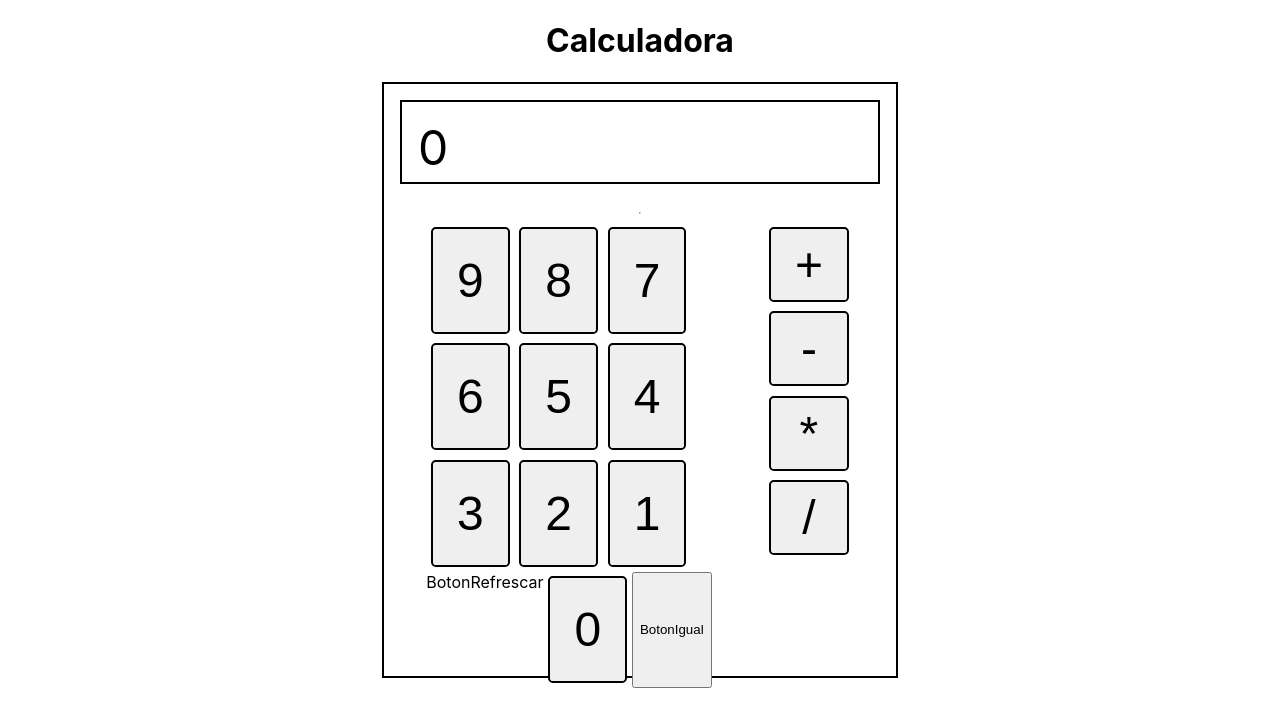
Repository: yamaka/curso-react-febrero-2022
Page: /
The author's editor kept a copy of each file at every save. The page is drawn from the files as they stood at one save, then again after a run of saves.
The browser window is 1280 px wide. The pictures show the whole page.
The project was rebuilt for these pictures with package versions that can differ from the ones it lists, and the page was loaded fresh each time. Also part of the build but not shown: src/App.css, src/components/Zanahoria/Zanahoria.css, src/components/Zanahoria/Zanahoria.js, src/components/Zanahorias/Zanahorias.js, src/components/Lechuga/Lechuga.css, src/components/Lechuga/Lechuga.js, src/components/Calculadora/Calculadora.css, src/components/Calculadora/Calculadora.js and 3 more.

Above is the page before, as saved 2022-03-02 19:18:00.

After the next 2 saves:
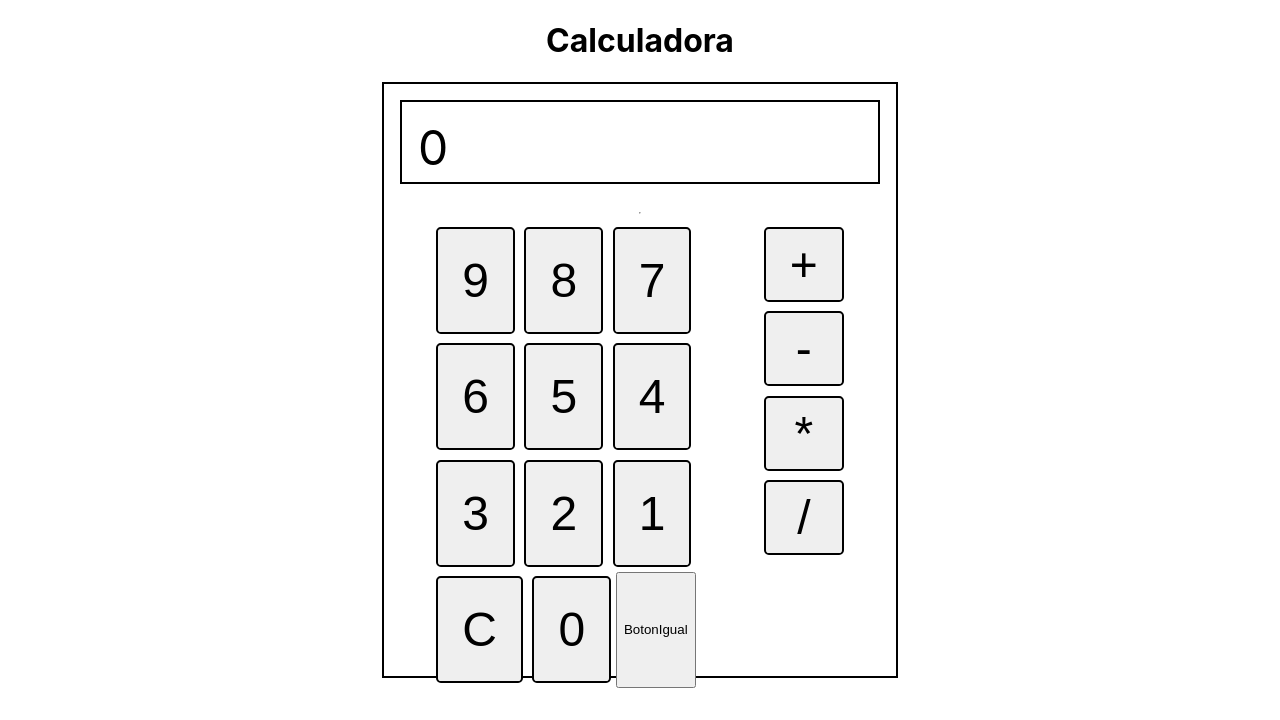
The 2 saves are shown as one change because they came seconds apart.
The last was saved 28 s later.
--- a/src/hooks/components/BotonRefrescar/BotonRefrescar.js
+++ b/src/hooks/components/BotonRefrescar/BotonRefrescar.js
@@ -1,7 +1,11 @@
 import React from "react";
 
-function BotonRefrescar() {
-  return <div>BotonRefrescar</div>;
+function BotonRefrescar({ value, onPress }) {
+  return (
+    <button className="boton-numerico" onClick={() => onPress(value)}>
+      {value}
+    </button>
+  );
 }
 
 export default BotonRefrescar;
